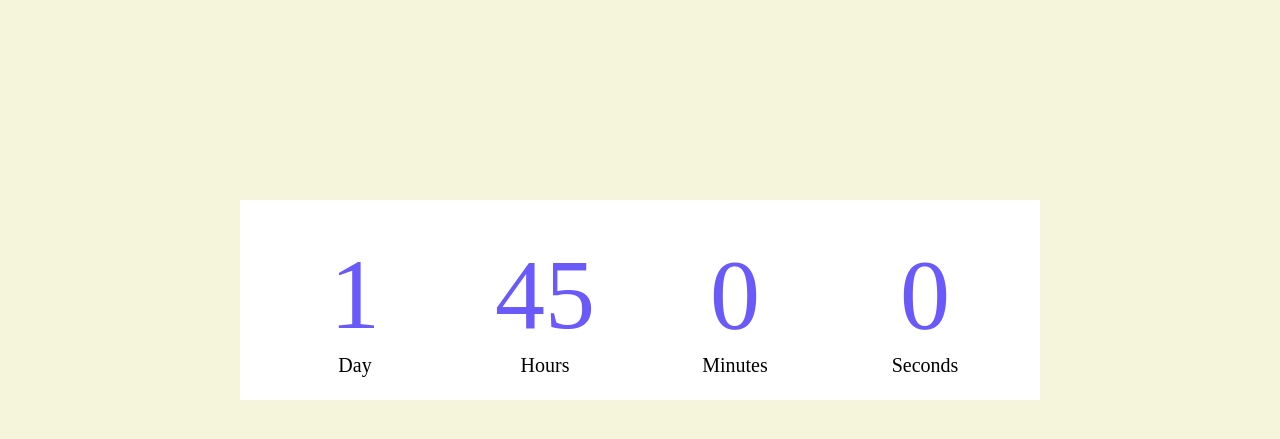
Repository: tienbkvn0605/counddown-demo
Page: index.html
The author's editor kept a copy of each file at every save. The page is drawn from the files as they stood at one save, then again after the next save.
The browser window is 1280 px wide. The pictures show the whole page.

Above is the page before, as saved 2022-10-04 23:48:37.

After the next save:
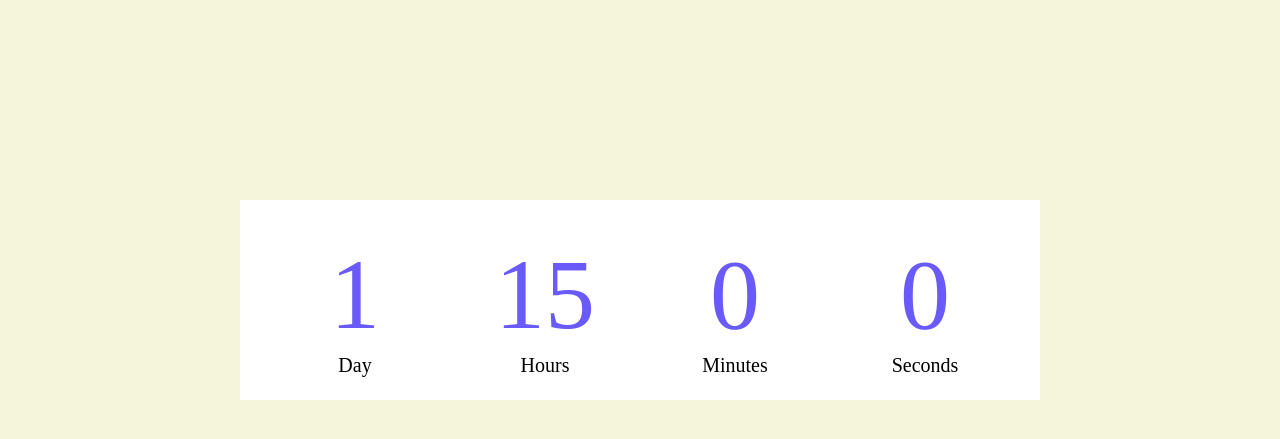
Saved 34 s later.
--- a/app.js
+++ b/app.js
@@ -17,7 +17,7 @@ window.addEventListener("load", function () {
     day = parseInt(timeRemaning / 86400);
     timeRemaning = timeRemaning % 86400;
     //1 hour = 60 * 60
-    hour = parseInt(timeRemaning / 1200);
+    hour = parseInt(timeRemaning / 3600);
     hoursTimer.textContent = hour;
 
     console.log(timeRemaning);
